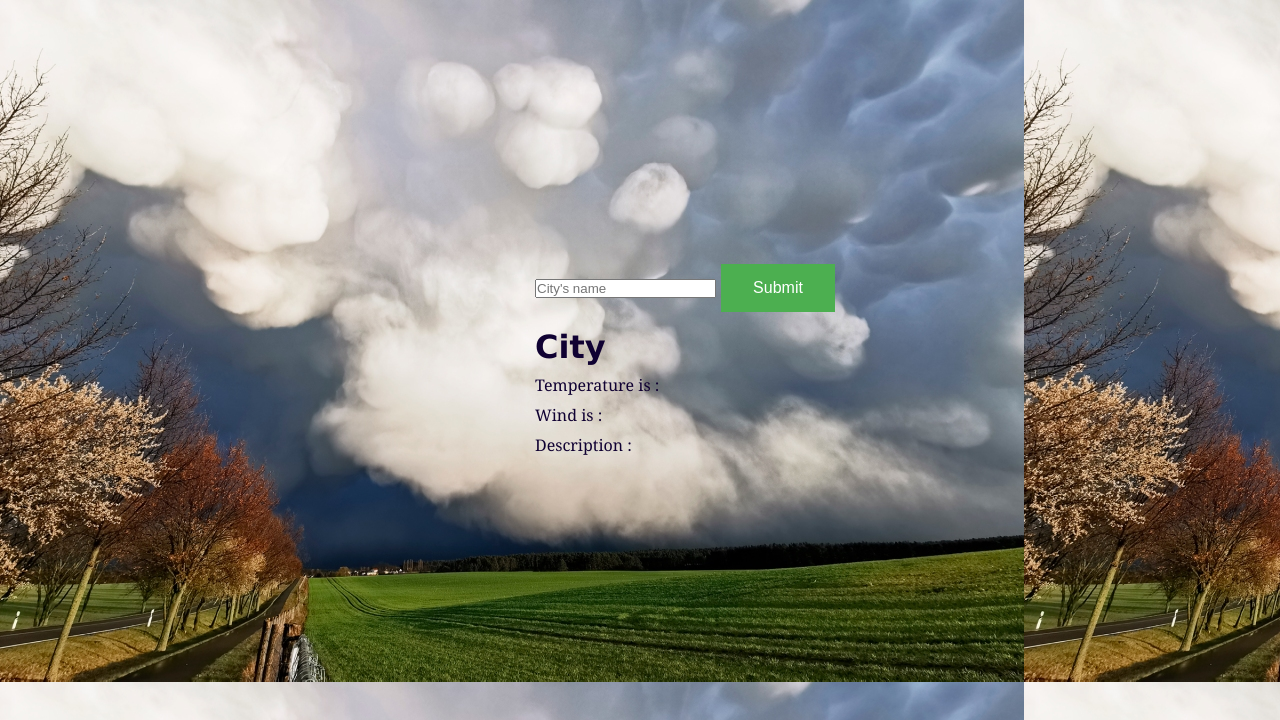
Repository: heartbreathing/searchWeather
Page: index.html
An editor plug-in stored every save of this project. The page is shown before and after the next save, followed by the edit.
The browser window is 1280 px wide. The pictures show the whole page.

Above is the page before, as saved 2022-11-06 22:54:00.

After the next save:
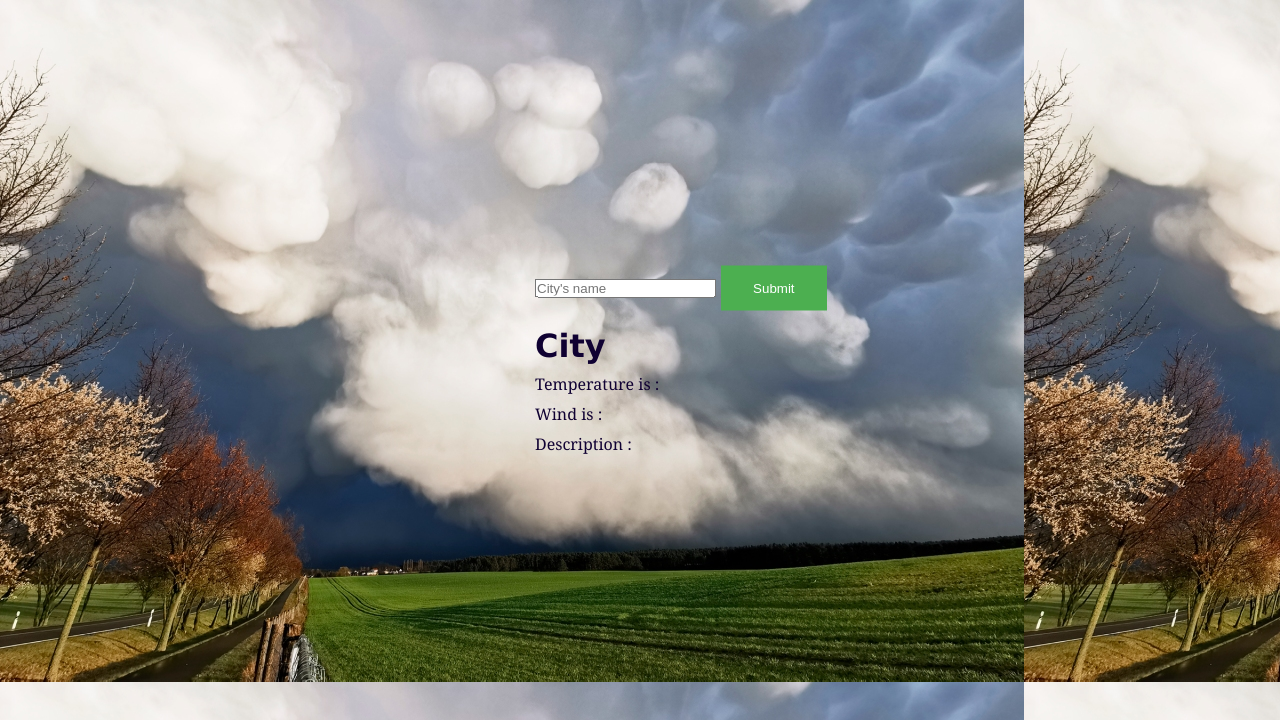
Saved 13 s later.
--- a/index.css
+++ b/index.css
@@ -33,6 +33,6 @@ h1 {
     text-align: center;
     text-decoration: none;
     display: inline-block;
-    font-size: 16px;
+    /* font-size: 16px; */
 
 }
